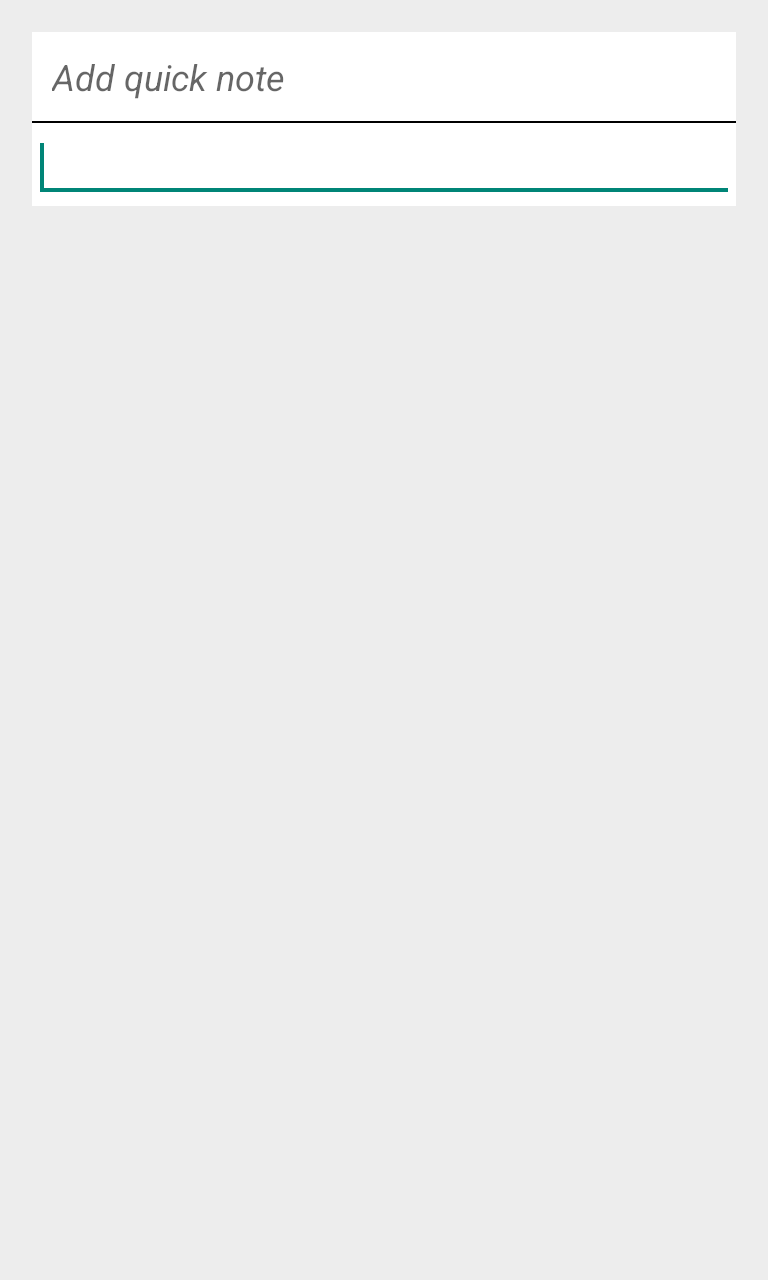
Repository: ishwormali/practices
Layout: Android/GoogleKeep/GoogleKeep/res/layout/fragment_main.xml
These files come from the project's save history. The layout is drawn as it stood at one moment and after the next save; the edit follows.
It is drawn on a 768 x 1280 px phone screen (xhdpi) without system bars, with theme Theme.Orangeboom; the app's code is not run.

Above is the layout before, as saved 2014-04-01 05:30:46.

### Android/GoogleKeep/GoogleKeep/res/layout/fragment_main.xml
<RelativeLayout xmlns:android="http://schemas.android.com/apk/res/android"
    xmlns:tools="http://schemas.android.com/tools"
    android:layout_width="match_parent"
    android:layout_height="match_parent"
    android:paddingBottom="@dimen/activity_vertical_margin"
    android:paddingLeft="@dimen/activity_horizontal_margin"
    android:paddingRight="@dimen/activity_horizontal_margin"
    android:paddingTop="@dimen/activity_vertical_margin"
    tools:context="com.practices.googlekeep.MainActivity$PlaceholderFragment"
    android:background="@color/main_background"
      >

    <LinearLayout
        android:layout_width="match_parent"
        android:layout_height="wrap_content"
        android:layout_alignParentTop="true"
        android:layout_centerHorizontal="true"
        android:background="@drawable/area_container"
        android:orientation="vertical" >

        <EditText
            android:id="@+id/text_quicknote"
            android:layout_width="match_parent"
            android:layout_height="wrap_content"
            android:ems="10"  android:hint="@string/add_quick_note"
            android:background="@drawable/edit_box"
            android:textColor="@android:color/black"
android:textCursorDrawable="@null" android:padding="10dp"
             >

            <requestFocus />
        </EditText>
        <View
android:layout_width="fill_parent"
android:layout_height="1dip"
android:background="#000000" />
        <EditText
            android:id="@+id/text_quicknote2"
            android:layout_width="match_parent"
            android:layout_height="wrap_content"
            android:ems="10" >

            <requestFocus />
        </EditText>
    </LinearLayout>

</RelativeLayout>

### Android/GoogleKeep/GoogleKeep/res/values-v14/themes.xml
<?xml version="1.0" encoding="utf-8"?>
<!-- File created by the Android Action Bar Style Generator

     Copyright (C) 2011 The Android Open Source Project
     Copyright (C) 2012 readyState Software Ltd

     Licensed under the Apache License, Version 2.0 (the "License");
     you may not use this file except in compliance with the License.
     You may obtain a copy of the License at

          http://www.apache.org/licenses/LICENSE-2.0

     Unless required by applicable law or agreed to in writing, software
     distributed under the License is distributed on an "AS IS" BASIS,
     WITHOUT WARRANTIES OR CONDITIONS OF ANY KIND, either express or implied.
     See the License for the specific language governing permissions and
     limitations under the License.
-->

<resources xmlns:android="http://schemas.android.com/apk/res/android">

    <style name="Theme.Orangeboom" parent="@style/Theme.AppCompat.Light">
        <item name="android:actionBarItemBackground">@drawable/selectable_background_orangeboom</item>
        <item name="android:popupMenuStyle">@style/PopupMenu.Orangeboom</item>
        <item name="android:dropDownListViewStyle">@style/DropDownListView.Orangeboom</item>
        <item name="android:actionBarTabStyle">@style/ActionBarTabStyle.Orangeboom</item>
        <item name="android:actionDropDownStyle">@style/DropDownNav.Orangeboom</item>
        <item name="android:actionBarStyle">@style/ActionBar.Solid.Orangeboom</item>
        <item name="android:actionModeBackground">@drawable/cab_background_top_orangeboom</item>
        <item name="android:actionModeSplitBackground">@drawable/cab_background_bottom_orangeboom</item>
        <item name="android:actionModeCloseButtonStyle">@style/ActionButton.CloseMode.Orangeboom</item>
         <item name="actionMenuTextColor">@android:color/white</item>

    </style>

    <style name="ActionBar.Solid.Orangeboom" parent="@style/Widget.AppCompat.Light.ActionBar.Solid">
        <item name="android:background">@drawable/ab_solid_orangeboom</item>
        <item name="android:backgroundStacked">@drawable/ab_stacked_solid_orangeboom</item>
        <item name="android:backgroundSplit">@drawable/ab_bottom_solid_orangeboom</item>
        <item name="android:progressBarStyle">@style/ProgressBar.Orangeboom</item>
       <item name="android:titleTextStyle">@style/ActionBar.TextStyle.Orangeboom</item>
<!--        <item name="android:logo">@drawable/text_x_todo</item> -->
    </style>

    <style name="ActionBar.TextStyle.Orangeboom"
           parent="@style/TextAppearance.AppCompat.Widget.ActionBar.Title">
        <item name="android:textColor">@android:color/white</item>
    </style>

    <style name="ActionBar.Transparent.Orangeboom" parent="@style/Widget.AppCompat.Light.ActionBar">
        <item name="android:background">@drawable/ab_transparent_orangeboom</item>
        <item name="android:progressBarStyle">@style/ProgressBar.Orangeboom</item>
    </style>

    <!-- this style is only referenced in a Light.DarkActionBar based theme -->
    <style name="Theme.Orangeboom.Widget" parent="@style/Theme.AppCompat">
        <item name="android:popupMenuStyle">@style/PopupMenu.Orangeboom</item>
        <item name="android:dropDownListViewStyle">@style/DropDownListView.Orangeboom</item>
    </style>

</resources>

### Android/GoogleKeep/GoogleKeep/res/values/themes.xml
<?xml version="1.0" encoding="utf-8"?>
<!-- File created by the Android Action Bar Style Generator

     Copyright (C) 2011 The Android Open Source Project
     Copyright (C) 2012 readyState Software Ltd

     Licensed under the Apache License, Version 2.0 (the "License");
     you may not use this file except in compliance with the License.
     You may obtain a copy of the License at

          http://www.apache.org/licenses/LICENSE-2.0

     Unless required by applicable law or agreed to in writing, software
     distributed under the License is distributed on an "AS IS" BASIS,
     WITHOUT WARRANTIES OR CONDITIONS OF ANY KIND, either express or implied.
     See the License for the specific language governing permissions and
     limitations under the License.
-->

<resources xmlns:android="http://schemas.android.com/apk/res/android">

    <style name="Theme.Orangeboom" parent="@style/Theme.AppCompat.Light">
        <item name="actionBarItemBackground">@drawable/selectable_background_orangeboom</item>
        <item name="popupMenuStyle">@style/PopupMenu.Orangeboom</item>
        <item name="dropDownListViewStyle">@style/DropDownListView.Orangeboom</item>
        <item name="actionBarTabStyle">@style/ActionBarTabStyle.Orangeboom</item>
        <item name="actionDropDownStyle">@style/DropDownNav.Orangeboom</item>
        <item name="actionBarStyle">@style/ActionBar.Solid.Orangeboom</item>
        <item name="actionModeBackground">@drawable/cab_background_top_orangeboom</item>
        <item name="actionModeSplitBackground">@drawable/cab_background_bottom_orangeboom</item>
        <item name="actionModeCloseButtonStyle">@style/ActionButton.CloseMode.Orangeboom</item>
 <item name="actionMenuTextColor">@android:color/white</item>


    </style>

    <style name="ActionBar.Solid.Orangeboom" parent="@style/Widget.AppCompat.Light.ActionBar.Solid">
        <item name="background">@drawable/ab_solid_orangeboom</item>
        <item name="backgroundStacked">@drawable/ab_stacked_solid_orangeboom</item>
        <item name="backgroundSplit">@drawable/ab_bottom_solid_orangeboom</item>
        <item name="progressBarStyle">@style/ProgressBar.Orangeboom</item>
         <item name="titleTextStyle">@style/ActionBar.TextStyle.Orangeboom</item>
<!--          <item name="logo">@drawable/text_x_todo</item> -->
    </style>

     <style name="ActionBar.TextStyle.Orangeboom"
           parent="@style/TextAppearance.AppCompat.Widget.ActionBar.Title">
        <item name="android:textColor">@android:color/white</item>
    </style>

    <style name="ActionBar.Transparent.Orangeboom" parent="@style/Widget.AppCompat.Light.ActionBar">
        <item name="background">@drawable/ab_transparent_orangeboom</item>
        <item name="progressBarStyle">@style/ProgressBar.Orangeboom</item>
    </style>

    <style name="PopupMenu.Orangeboom" parent="@style/Widget.AppCompat.Light.PopupMenu">
        <item name="android:popupBackground">@drawable/menu_dropdown_panel_orangeboom</item>
    </style>

    <style name="DropDownListView.Orangeboom" parent="@style/Widget.AppCompat.Light.ListView.DropDown">
        <item name="android:listSelector">@drawable/selectable_background_orangeboom</item>
    </style>

    <style name="ActionBarTabStyle.Orangeboom" parent="@style/Widget.AppCompat.Light.ActionBar.TabView">
        <item name="android:background">@drawable/tab_indicator_ab_orangeboom</item>
        <item name="android:textColor">@android:color/white</item>
    </style>

    <style name="DropDownNav.Orangeboom" parent="@style/Widget.AppCompat.Light.Spinner.DropDown.ActionBar">
        <item name="android:background">@drawable/spinner_background_ab_orangeboom</item>
        <item name="android:popupBackground">@drawable/menu_dropdown_panel_orangeboom</item>
        <item name="android:dropDownSelector">@drawable/selectable_background_orangeboom</item>
    </style>

    <style name="ProgressBar.Orangeboom" parent="@style/Widget.AppCompat.ProgressBar.Horizontal">
        <item name="android:progressDrawable">@drawable/progress_horizontal_orangeboom</item>
    </style>

    <style name="ActionButton.CloseMode.Orangeboom" parent="@style/Widget.AppCompat.Light.ActionButton.CloseMode">
        <item name="android:background">@drawable/btn_cab_done_orangeboom</item>
    </style>

    <!-- this style is only referenced in a Light.DarkActionBar based theme -->
    <style name="Theme.Orangeboom.Widget" parent="@style/Theme.AppCompat">
        <item name="popupMenuStyle">@style/PopupMenu.Orangeboom</item>
        <item name="dropDownListViewStyle">@style/DropDownListView.Orangeboom</item>
    </style>

</resources>

### Android/GoogleKeep/GoogleKeep/res/drawable/selectable_background_orangeboom.xml
<?xml version="1.0" encoding="utf-8"?>
<!-- File created by the Android Action Bar Style Generator

     Copyright (C) 2011 The Android Open Source Project
     Copyright (C) 2012 readyState Software Ltd

     Licensed under the Apache License, Version 2.0 (the "License");
     you may not use this file except in compliance with the License.
     You may obtain a copy of the License at

          http://www.apache.org/licenses/LICENSE-2.0

     Unless required by applicable law or agreed to in writing, software
     distributed under the License is distributed on an "AS IS" BASIS,
     WITHOUT WARRANTIES OR CONDITIONS OF ANY KIND, either express or implied.
     See the License for the specific language governing permissions and
     limitations under the License.
-->

<selector xmlns:android="http://schemas.android.com/apk/res/android"
        android:exitFadeDuration="@android:integer/config_mediumAnimTime" >
    <item android:state_pressed="false" android:state_focused="true" android:drawable="@drawable/list_focused_orangeboom" />
    <item android:state_pressed="true" android:drawable="@drawable/list_pressed_orangeboom" />
    <item android:drawable="@android:color/transparent" />
</selector>

### Android/GoogleKeep/GoogleKeep/res/drawable/btn_cab_done_orangeboom.xml
<?xml version="1.0" encoding="utf-8"?>
<!-- File created by the Android Action Bar Style Generator

     Copyright (C) 2011 The Android Open Source Project
     Copyright (C) 2012 readyState Software Ltd

     Licensed under the Apache License, Version 2.0 (the "License");
     you may not use this file except in compliance with the License.
     You may obtain a copy of the License at

          http://www.apache.org/licenses/LICENSE-2.0

     Unless required by applicable law or agreed to in writing, software
     distributed under the License is distributed on an "AS IS" BASIS,
     WITHOUT WARRANTIES OR CONDITIONS OF ANY KIND, either express or implied.
     See the License for the specific language governing permissions and
     limitations under the License.
-->

<selector xmlns:android="http://schemas.android.com/apk/res/android">
    <item android:state_pressed="true"
        android:drawable="@drawable/btn_cab_done_pressed_orangeboom" />
    <item android:state_focused="true" android:state_enabled="true"
        android:drawable="@drawable/btn_cab_done_focused_orangeboom" />
    <item android:state_enabled="true"
        android:drawable="@drawable/btn_cab_done_default_orangeboom" />
</selector>

### Android/GoogleKeep/GoogleKeep/res/drawable/progress_horizontal_orangeboom.xml
<?xml version="1.0" encoding="utf-8"?>
<!-- File created by the Android Action Bar Style Generator

     Copyright (C) 2011 The Android Open Source Project
     Copyright (C) 2012 readyState Software Ltd

     Licensed under the Apache License, Version 2.0 (the "License");
     you may not use this file except in compliance with the License.
     You may obtain a copy of the License at

          http://www.apache.org/licenses/LICENSE-2.0

     Unless required by applicable law or agreed to in writing, software
     distributed under the License is distributed on an "AS IS" BASIS,
     WITHOUT WARRANTIES OR CONDITIONS OF ANY KIND, either express or implied.
     See the License for the specific language governing permissions and
     limitations under the License.
-->

<layer-list xmlns:android="http://schemas.android.com/apk/res/android">

    <item android:id="@android:id/background"
          android:drawable="@drawable/progress_bg_orangeboom" />

    <item android:id="@android:id/secondaryProgress">
        <scale android:scaleWidth="100%"
               android:drawable="@drawable/progress_secondary_orangeboom" />
    </item>

    <item android:id="@android:id/progress">
        <scale android:scaleWidth="100%"
               android:drawable="@drawable/progress_primary_orangeboom" />
    </item>

</layer-list>

### Android/GoogleKeep/GoogleKeep/res/drawable/spinner_background_ab_orangeboom.xml
<?xml version="1.0" encoding="utf-8"?>
<!-- File created by the Android Action Bar Style Generator

     Copyright (C) 2011 The Android Open Source Project
     Copyright (C) 2012 readyState Software Ltd

     Licensed under the Apache License, Version 2.0 (the "License");
     you may not use this file except in compliance with the License.
     You may obtain a copy of the License at

          http://www.apache.org/licenses/LICENSE-2.0

     Unless required by applicable law or agreed to in writing, software
     distributed under the License is distributed on an "AS IS" BASIS,
     WITHOUT WARRANTIES OR CONDITIONS OF ANY KIND, either express or implied.
     See the License for the specific language governing permissions and
     limitations under the License.
-->

<selector xmlns:android="http://schemas.android.com/apk/res/android">
    <item android:state_enabled="false"
        android:drawable="@drawable/spinner_ab_disabled_orangeboom" />
    <item android:state_pressed="true"
        android:drawable="@drawable/spinner_ab_pressed_orangeboom" />
    <item android:state_pressed="false" android:state_focused="true"
        android:drawable="@drawable/spinner_ab_focused_orangeboom" />
    <item android:drawable="@drawable/spinner_ab_default_orangeboom" />
</selector>

### Android/GoogleKeep/GoogleKeep/res/drawable/tab_indicator_ab_orangeboom.xml
<?xml version="1.0" encoding="utf-8"?>
<!-- File created by the Android Action Bar Style Generator

     Copyright (C) 2011 The Android Open Source Project
     Copyright (C) 2012 readyState Software Ltd

     Licensed under the Apache License, Version 2.0 (the "License");
     you may not use this file except in compliance with the License.
     You may obtain a copy of the License at

          http://www.apache.org/licenses/LICENSE-2.0

     Unless required by applicable law or agreed to in writing, software
     distributed under the License is distributed on an "AS IS" BASIS,
     WITHOUT WARRANTIES OR CONDITIONS OF ANY KIND, either express or implied.
     See the License for the specific language governing permissions and
     limitations under the License.
-->

<selector xmlns:android="http://schemas.android.com/apk/res/android">
    <!-- Non focused states -->
    <item android:state_focused="false" android:state_selected="false" android:state_pressed="false" android:drawable="@android:color/transparent" />
    <item android:state_focused="false" android:state_selected="true"  android:state_pressed="false" android:drawable="@drawable/tab_selected_orangeboom" />

    <!-- Focused states -->
    <item android:state_focused="true" android:state_selected="false" android:state_pressed="false" android:drawable="@drawable/tab_unselected_focused_orangeboom" />
    <item android:state_focused="true" android:state_selected="true"  android:state_pressed="false" android:drawable="@drawable/tab_selected_focused_orangeboom" />

    <!-- Pressed -->
    <!--    Non focused states -->
    <item android:state_focused="false" android:state_selected="false" android:state_pressed="true" android:drawable="@drawable/tab_unselected_pressed_orangeboom" />
    <item android:state_focused="false" android:state_selected="true"  android:state_pressed="true" android:drawable="@drawable/tab_selected_pressed_orangeboom" />

    <!--    Focused states -->
    <item android:state_focused="true" android:state_selected="false" android:state_pressed="true" android:drawable="@drawable/tab_unselected_pressed_orangeboom" />
    <item android:state_focused="true" android:state_selected="true"  android:state_pressed="true" android:drawable="@drawable/tab_selected_pressed_orangeboom" />
</selector>

### Android/GoogleKeep/GoogleKeep/res/values/dimens.xml
<resources>

    <!-- Default screen margins, per the Android Design guidelines. -->
    <dimen name="activity_horizontal_margin">16dp</dimen>
    <dimen name="activity_vertical_margin">16dp</dimen>

</resources>

### Android/GoogleKeep/GoogleKeep/res/values/Color.xml
<?xml version="1.0" encoding="utf-8"?>
<resources>
    <color name="main_background">#EDEDED</color>
    <color name="area_container_background">#FFFFFF</color>

</resources>

### Android/GoogleKeep/GoogleKeep/res/drawable/area_container.xml
<?xml version="1.0" encoding="utf-8"?>
<shape xmlns:android="http://schemas.android.com/apk/res/android"

    >
    <solid android:color="@color/area_container_background"/>

</shape>

### Android/GoogleKeep/GoogleKeep/res/values/strings.xml
<?xml version="1.0" encoding="utf-8"?>
<resources>

    <string name="app_name">GoogleKeep</string>
    <string name="hello_world">Hello world!</string>
    <string name="action_settings">Settings</string>
	<string name="add_quick_note"><i>Add quick note</i></string>
</resources>

### Android/GoogleKeep/GoogleKeep/res/drawable/edit_box.xml
<?xml version="1.0" encoding="utf-8"?>
<shape xmlns:android="http://schemas.android.com/apk/res/android"
    android:shape="rectangle"
    android:padding="10dp"
     >

<solid android:color="#FFFFFF"/>

</shape>

Loaded but not shown: Android/GoogleKeep/GoogleKeep/res/values-w820dp/dimens.xml (common file)

After the next save:
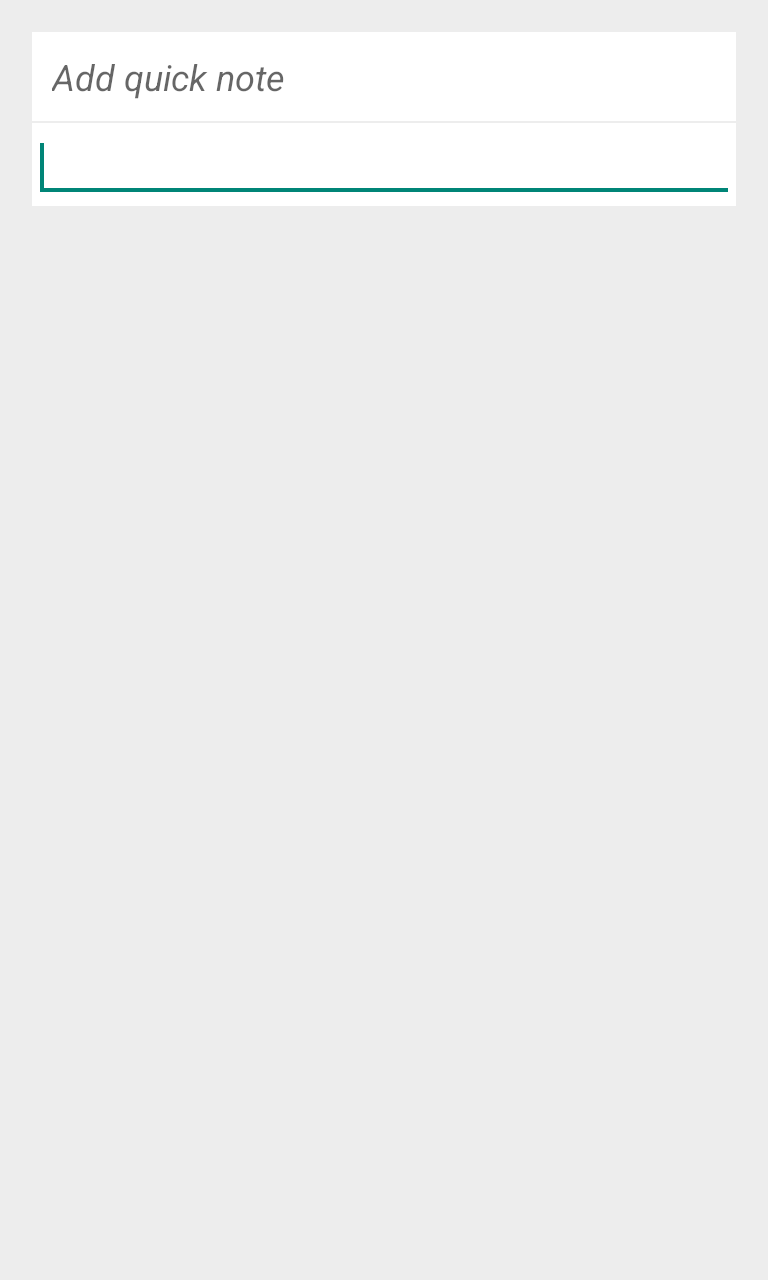
Saved 39 s later.
--- a/Android/GoogleKeep/GoogleKeep/res/layout/fragment_main.xml
+++ b/Android/GoogleKeep/GoogleKeep/res/layout/fragment_main.xml
@@ -33,7 +33,7 @@ android:textCursorDrawable="@null" android:padding="10dp"
         <View
 android:layout_width="fill_parent"
 android:layout_height="1dip"
-android:background="#000000" />
+android:background="@color/main_background" />
         <EditText
             android:id="@+id/text_quicknote2"
             android:layout_width="match_parent"
